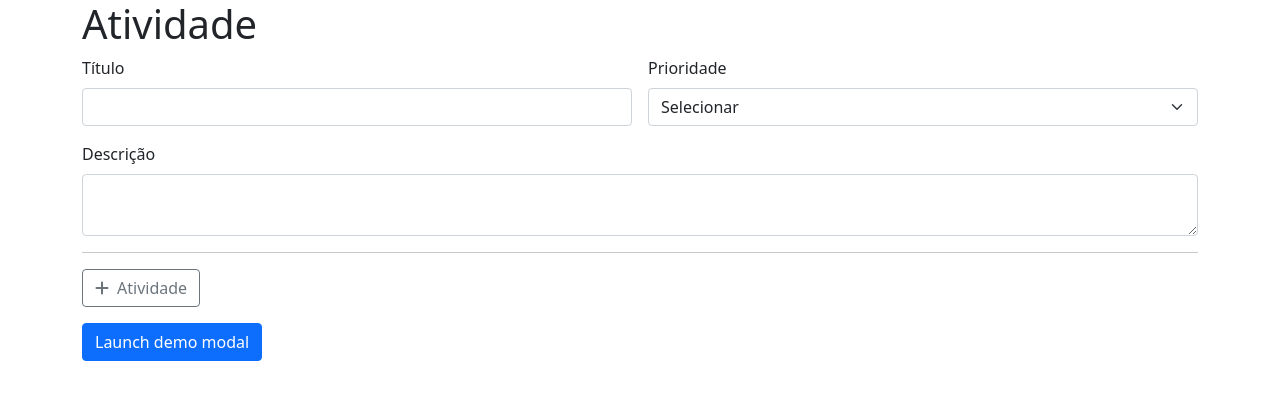
Repository: faribeiro/react-dotnetcore-efcore
Page: / (app in front/pro-atividade-app/)
These files come from the project's save history. The page is drawn as it stood at one moment and after the next save; the edit follows.
The browser window is 1280 px wide. The pictures show the whole page.
The page's requests for data from a server got no answer. The project was rebuilt for these pictures with package versions that can differ from the ones it lists, and the page was loaded fresh each time. No one was signed in, and anything a server would have sent is missing. Also part of the build but not shown: front/pro-atividade-app/src/components/Atividade.js.

Above is the page before, as saved 2023-10-24 15:04:29.

After the next save:
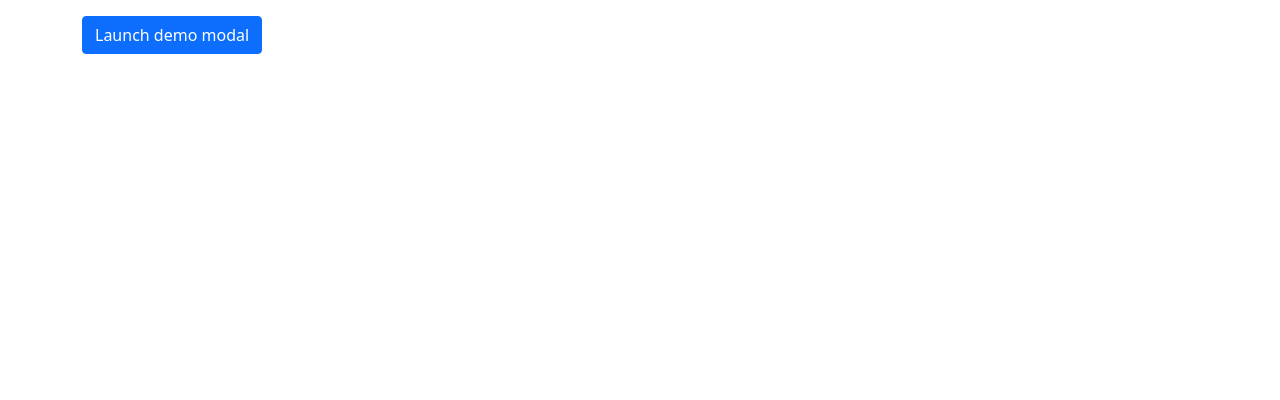
Saved 2 min 9 s later.
--- a/front/pro-atividade-app/src/App.js
+++ b/front/pro-atividade-app/src/App.js
@@ -62,13 +62,7 @@ function App() {
 
   return (
     <>
-      <AtividadeForm
-        addAtividade={addAtividade}
-        cancelarAtividade={cancelarAtividade}
-        atualizarAtividade={atualizarAtividade}
-        ativSelecionada={atividade}
-        atividades={atividades}
-      />
+
 
       <AtividadeLista
         atividades={atividades}
